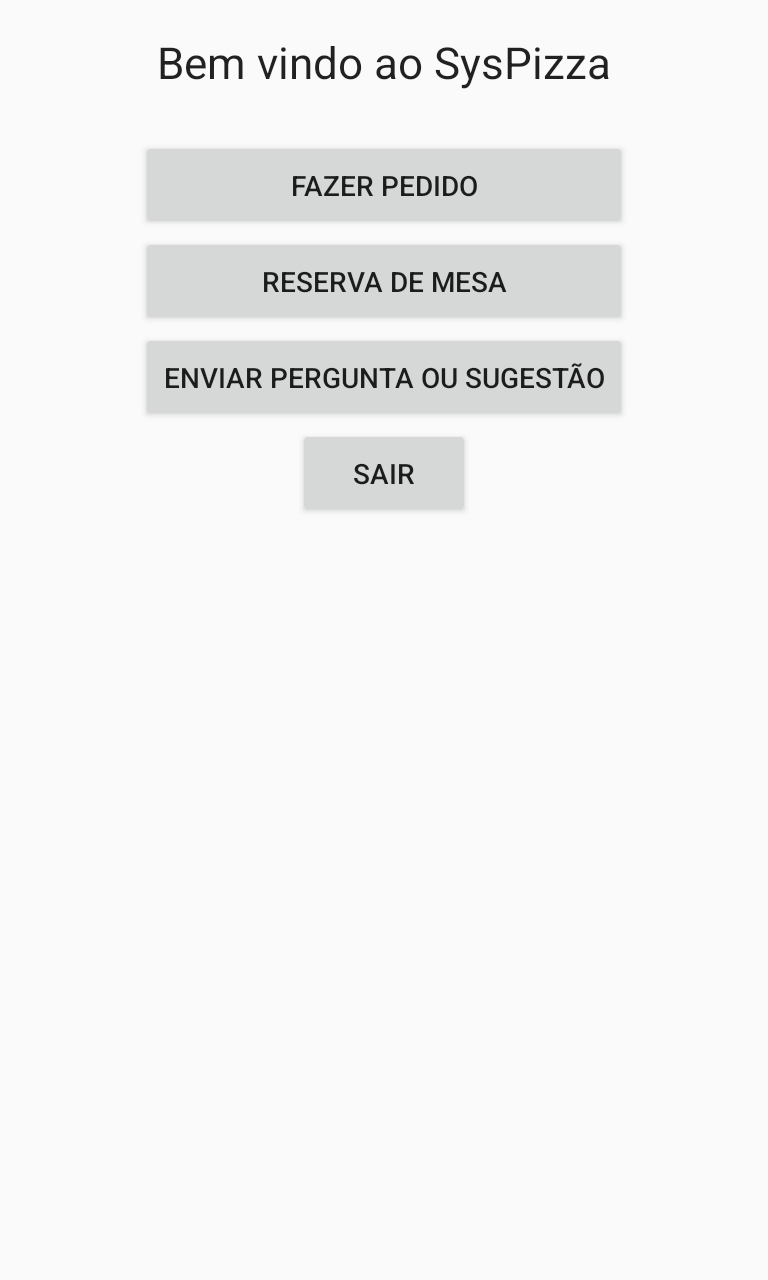
Repository: LucasSampaio/SysPizza-PSI
Layout: CodigoFonte/MOBILE/SysPizza/res/layout/activity_efetuar_pedido.xml
These files come from the project's save history. The layout is drawn as it stood at one moment and after the next save; the edit follows.
It is drawn on a 768 x 1280 px phone screen (xhdpi) without system bars, with theme AppTheme; the app's code is not run.

Above is the layout before, as saved 2014-09-20 01:08:16.

### CodigoFonte/MOBILE/SysPizza/res/layout/activity_efetuar_pedido.xml
<RelativeLayout xmlns:android="http://schemas.android.com/apk/res/android"
    xmlns:tools="http://schemas.android.com/tools"
    android:layout_width="match_parent"
    android:layout_height="match_parent"
    android:paddingBottom="@dimen/activity_vertical_margin"
    android:paddingLeft="@dimen/activity_horizontal_margin"
    android:paddingRight="@dimen/activity_horizontal_margin"
    android:paddingTop="@dimen/activity_vertical_margin"
    tools:context="br.com.syspizza.MenuPrincipalActivity" >

    <TextView
        android:id="@+id/textView1"
        android:layout_width="wrap_content"
        android:layout_height="wrap_content"
        android:layout_alignParentTop="true"
        android:layout_centerHorizontal="true"
        android:text="Bem vindo ao SysPizza"
        android:textAppearance="?android:attr/textAppearanceLarge" />

    <Button
        android:id="@+id/btEfetuarPedido"
        android:layout_width="wrap_content"
        android:layout_height="wrap_content"
        android:layout_alignLeft="@+id/btSolicitarReserva"
        android:layout_alignRight="@+id/btSolicitarReserva"
        android:layout_below="@+id/textView1"
        android:layout_marginTop="23dp"
        android:text="Fazer pedido" />

    <Button
        android:id="@+id/btSolicitarReserva"
        android:layout_width="wrap_content"
        android:layout_height="wrap_content"
        android:layout_alignLeft="@+id/btPerguntaESugestao"
        android:layout_alignRight="@+id/btPerguntaESugestao"
        android:layout_below="@+id/btEfetuarPedido"
        android:text="Reserva de mesa" />

    <Button
        android:id="@+id/btPerguntaESugestao"
        android:layout_width="wrap_content"
        android:layout_height="wrap_content"
        android:layout_below="@+id/btSolicitarReserva"
        android:layout_centerHorizontal="true"
        android:text="Enviar pergunta ou sugestão" />

    <Button
        android:id="@+id/btSair"
        android:layout_width="wrap_content"
        android:layout_height="wrap_content"
        android:layout_below="@+id/btPerguntaESugestao"
        android:layout_centerHorizontal="true"
        android:text="Sair" />

</RelativeLayout>

Loaded but not shown: CodigoFonte/MOBILE/SysPizza/res/values/styles.xml (common file); CodigoFonte/MOBILE/SysPizza/res/values-v11/styles.xml (common file); CodigoFonte/MOBILE/SysPizza/res/values-v14/styles.xml (common file); CodigoFonte/MOBILE/SysPizza/res/values/dimens.xml (common file); CodigoFonte/MOBILE/SysPizza/res/values-w820dp/dimens.xml (common file)

After the next save:
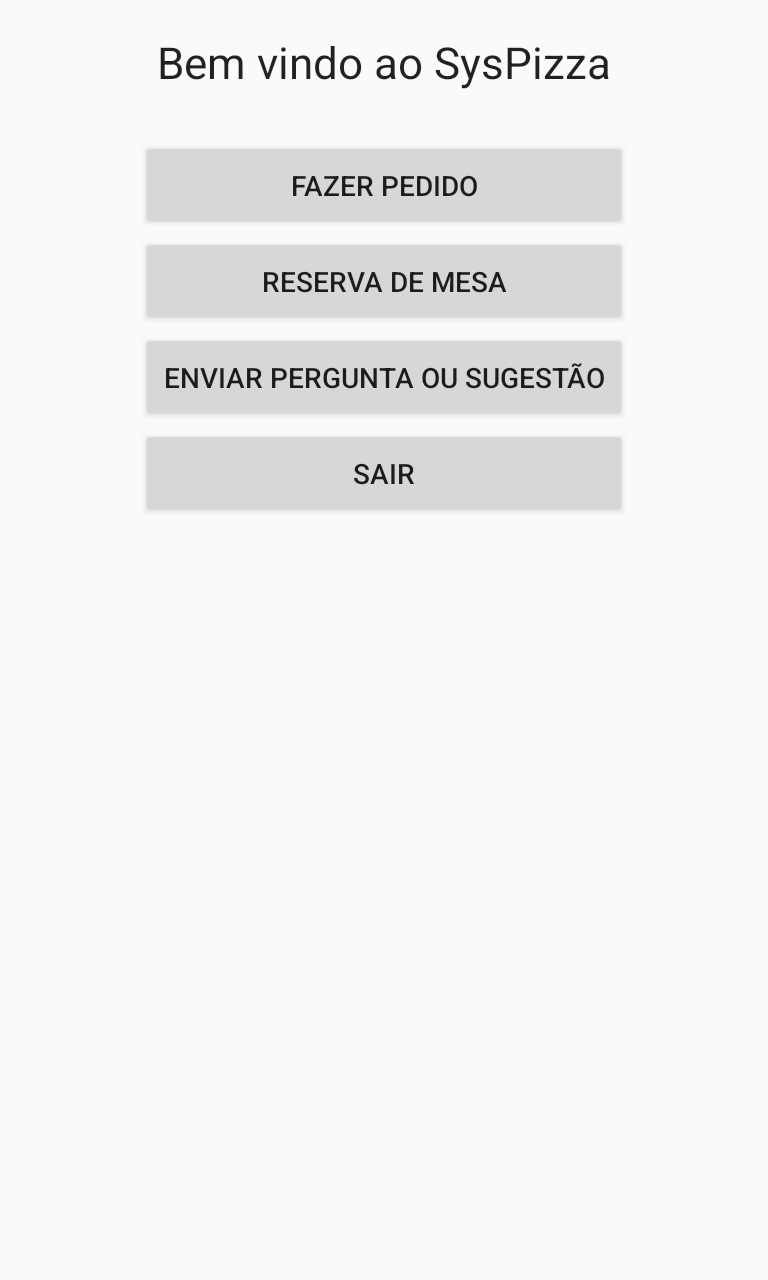
Saved 10 s later.
--- a/CodigoFonte/MOBILE/SysPizza/res/layout/activity_efetuar_pedido.xml
+++ b/CodigoFonte/MOBILE/SysPizza/res/layout/activity_efetuar_pedido.xml
@@ -48,8 +48,9 @@
         android:id="@+id/btSair"
         android:layout_width="wrap_content"
         android:layout_height="wrap_content"
+        android:layout_alignLeft="@+id/btPerguntaESugestao"
+        android:layout_alignRight="@+id/btPerguntaESugestao"
         android:layout_below="@+id/btPerguntaESugestao"
-        android:layout_centerHorizontal="true"
         android:text="Sair" />
 
 </RelativeLayout>
